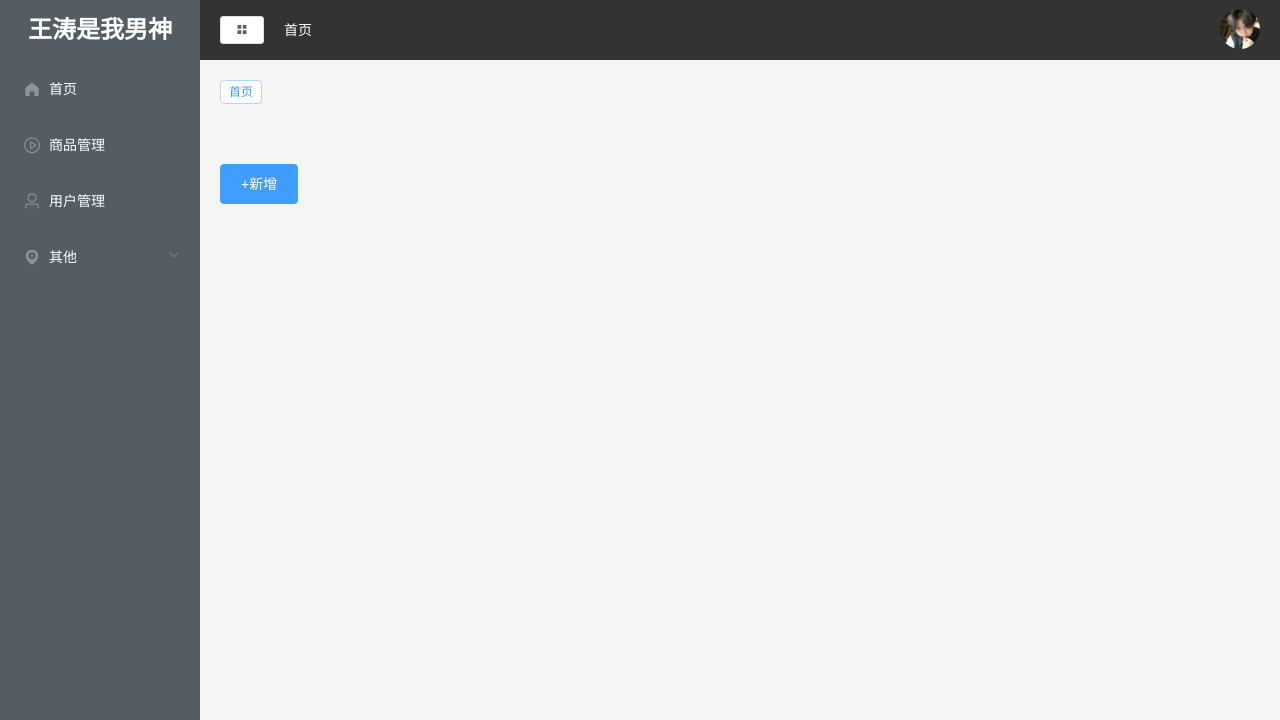
Repository: wangtao20230308/-
Page: /user
These files come from the project's save history. The page is drawn as it stood at one moment and after the next save; the edit follows.
The browser window is 1280 px wide. The pictures show the whole page.
The project was rebuilt for these pictures with package versions that can differ from the ones it lists, and the page was loaded fresh each time. Also part of the build but not shown: src/utils/requst.js, src/api/index.js, src/views/Home.vue, src/views/Mall.vue, src/views/PageOne.vue, src/views/PageTwo.vue.

Above is the page before, as saved 2023-03-24 12:46:24.

After the next save:
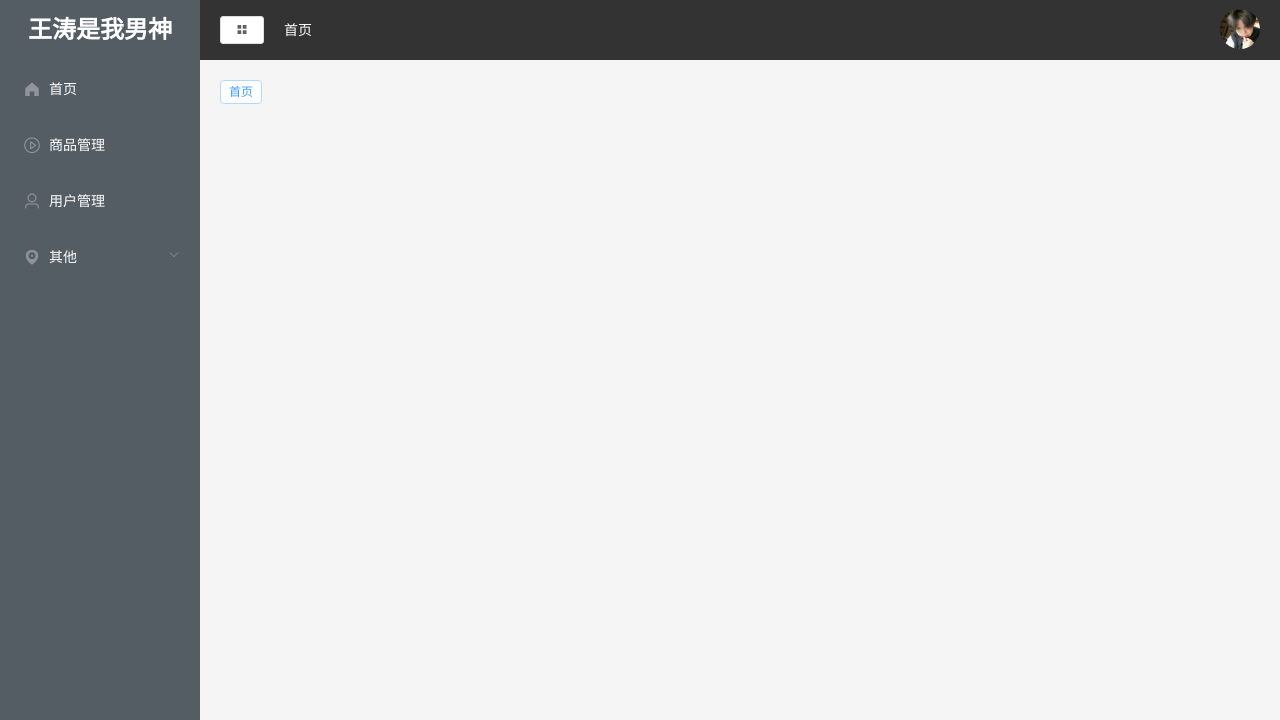
Saved 13 min 46 s later.
--- a/src/views/User.vue
+++ b/src/views/User.vue
@@ -3,6 +3,9 @@
     <div class="manage">
       <el-dialog title="提示" :visible.sync="dialogVisible" width="30%">
         <!-- 用户的表单信息 -->
+        <el-form-item label="活动名称">
+          <el-input v-model="form.name"></el-input>
+        </el-form-item>
         <span slot="footer" class="dialog-footer">
           <el-button @click="dialogVisible = false">取 消</el-button>
           <el-button type="primary" @click="dialogVisible = false">确 定</el-button>

After the 3 saves that followed:
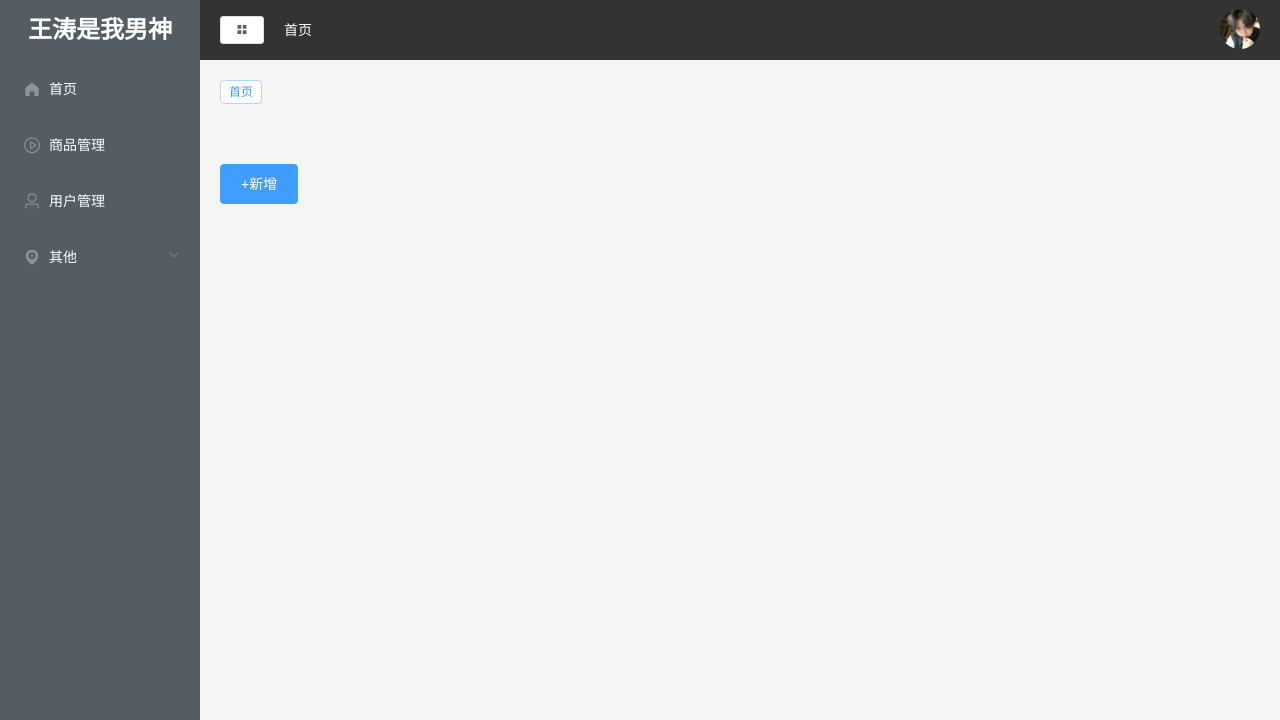
The 3 saves are shown as one change because 2 left the picture as it was.
The last was saved 4 min 18 s later.
--- a/src/views/User.vue
+++ b/src/views/User.vue
@@ -3,9 +3,11 @@
     <div class="manage">
       <el-dialog title="提示" :visible.sync="dialogVisible" width="30%">
         <!-- 用户的表单信息 -->
-        <el-form-item label="活动名称">
-          <el-input v-model="form.name"></el-input>
-        </el-form-item>
+        <el-form ref="form" :model="form" label-width="80px">
+          <el-form-item label="活动名称">
+            <el-input v-model="form.name"></el-input>
+          </el-form-item>
+        </el-form>
         <span slot="footer" class="dialog-footer">
           <el-button @click="dialogVisible = false">取 消</el-button>
           <el-button type="primary" @click="dialogVisible = false">确 定</el-button>
@@ -17,6 +19,8 @@
     </div>
   </div>
 </template>
+// { model: 'name', label: '姓名', type: 'input' }, { model: 'age', label: '年龄', type: 'input' }, { model: 'sex', label: '性别', type: 'select', opts: [ { label: '男', value: 1 }, { label: '女', value: 0 } ] }, { model: 'birth', label: '出生日期', type: 'date' }, { model: 'addr', label: '地址',
+type: // 'input' }
 
 <script>
 export default {
@@ -24,6 +28,9 @@
   data() {
     return {
       dialogVisible: false,
+      form: {
+        name: '',
+      },
     }
   },
 }
